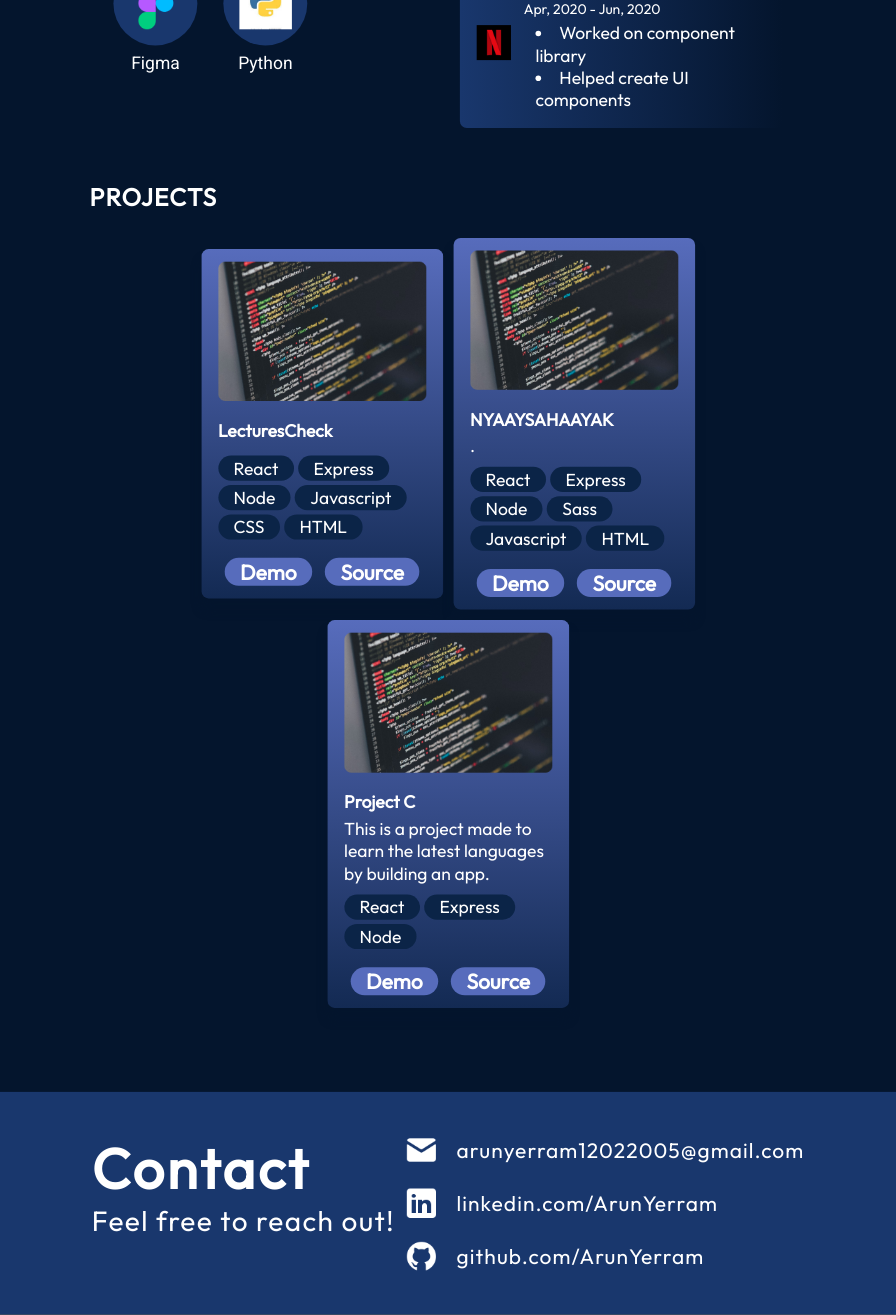
Repository: ARUN-YERRAM/Arun-Yerram-s-Portfolio-Website
Page: /
These files come from the project's save history. The page is drawn as it stood at one moment and after a run of saves; the edit follows.
The browser window is 1280 px wide. The pictures show the part of the page from y = 2337 to 4257 px (the page is 4215 px tall before and 4257 px after), at 70% of full size.
The project was rebuilt for these pictures with package versions that can differ from the ones it lists, and the page was loaded fresh each time. Also part of the build but not shown: vite.config.js.

Above is the page before, as saved 2024-06-25 15:23:55.

### src/components/About/About.jsx
import React from "react";

import styles from "./About.module.css";
import { getImageUrl } from "../../utils";

export const About = () => {
  return (
    <section className={styles.container} id="about">
      <h2 className={styles.title}>About</h2>
      <div className={styles.content}>
        <img
          src={getImageUrl("about/aboutImage.png")}
          alt="Me sitting with a laptop"
          className={styles.aboutImage}
        />
        <ul className={styles.aboutItems}>
          <li className={styles.aboutItem}>
            <img src={getImageUrl("about/cursorIcon.png")} alt="Cursor icon" />
            <div className={styles.aboutItemText}>
              <h3>Frontend Developer</h3>
              <p>
                I'm a frontend developer with experience in building responsive
                and optimized sites
              </p>
            </div>
          </li>
          <li className={styles.aboutItem}>
            <img src={getImageUrl("about/serverIcon.png")} alt="Server icon" />
            <div className={styles.aboutItemText}>
              <h3>Backend Developer</h3>
              <p>
                I have experience developing fast and optimised back-end systems
                and APIs
              </p>
            </div>
          </li>
          <li className={styles.aboutItem}>
            <img src={getImageUrl("about/cursorIcon.png")} alt="UI icon" />
            <div className={styles.aboutItemText}>
              {/* <h3>UI Designer</h3> */}
              <h3>Proble Solver</h3>
              <p>
                {/* I have designed multiple landing pages and have created design */}
                {/* systems as well */}
                I am a Problem Solver and having a keen interest in Data Structures and Algorithms.
              </p>
            </div>
          </li>
        </ul>
      </div>
    </section>
  );
};

### src/components/Contact/Contact.jsx
import React from "react";

import styles from "./Contact.module.css";
import { getImageUrl } from "../../utils";

export const Contact = () => {
  return (
    <footer id="contact" className={styles.container}>
      <div className={styles.text}>
        <h2>Contact</h2>
        <p>Feel free to reach out!</p>
      </div>
      <ul className={styles.links}>
        <li className={styles.link}>
          <img src={getImageUrl("contact/emailIcon.png")} alt="Email icon" />
          <a href="mailto:myemail@email.com">arunyerram12022005@gmail.com</a>
        </li>
        <li className={styles.link}>
          <img
            src={getImageUrl("contact/linkedinIcon.png")}
            alt="LinkedIn icon"
          />
          <a href="https://www.linkedin.com/in/arun-yerram-906b1524a/">linkedin.com/ArunYerram</a>
        </li>
        <li className={styles.link}>
          <img src={getImageUrl("contact/githubIcon.png")} alt="Github icon" />
          <a href="https://github.com/ARUN-YERRAM">github.com/ArunYerram</a>
        </li>
      </ul>
    </footer>
  );
};

### src/components/Experience/Experience.jsx
import React from "react";

import styles from "./Experience.module.css";
import skills from "../../data/skills.json";
import history from "../../data/history.json";
import { getImageUrl } from "../../utils";

export const Experience = () => {
  return (
    <section className={styles.container} id="experience">
      <h2 className={styles.title}>Skills</h2>
      <div className={styles.content}>
        <div className={styles.skills}>
          {skills.map((skill, id) => {
            return (
              <div key={id} className={styles.skill}>
                <div className={styles.skillImageContainer}>
                  <img src={getImageUrl(skill.imageSrc)} alt={skill.title} />
                </div>
                <p>{skill.title}</p>
              </div>
            );
          })}
        </div>
        <ul className={styles.history}>
          {history.map((historyItem, id) => {
            return (
              <li key={id} className={styles.historyItem}>
                <img
                  src={getImageUrl(historyItem.imageSrc)}
                  alt={`${historyItem.organisation} Logo`}
                />
                <div className={styles.historyItemDetails}>
                  <h3>{`${historyItem.role}, ${historyItem.organisation}`}</h3>
                  <p>{`${historyItem.startDate} - ${historyItem.endDate}`}</p>
                  <ul>
                    {historyItem.experiences.map((experience, id) => {
                      return <li key={id}>{experience}</li>;
                    })}
                  </ul>
                </div>
              </li>
            );
          })}
        </ul>
      </div>
    </section>
  );
};

### src/components/Hero/Hero.jsx
import React from "react";

import styles from "./Hero.module.css";
import { getImageUrl } from "../../utils";

export const Hero = () => {
  return (
    <section className={styles.container}>
      <div className={styles.content}>
        <h1 className={styles.title}>Hi, I'm Arun Yerram</h1>
        <p className={styles.description}>
          {/* I'm a full-stack developer with 5 years of experience using React and */}
          {/* NodeJS. Reach out if you'd like to learn more! */}
          I am Pursing my Bachelor's 2nd year and having keen interest in Problem Solving ,Web Development, and Data Science.

        </p>
        <a href="mailto:arunyerram12022005@email.com" className={styles.contactBtn}>
          Contact Me
        </a>
      </div>
      <img
        src={getImageUrl("hero/heroImage.png")}
        alt="Hero image of me"
        className={styles.heroImg}
      />
      <div className={styles.topBlur} />
      <div className={styles.bottomBlur} />
    </section>
  );
};

### src/components/Navbar/Navbar.jsx
import React, { useState } from "react";

import styles from "./Navbar.module.css";
import { getImageUrl } from "../../utils";

export const Navbar = () => {
  const [menuOpen, setMenuOpen] = useState(false);

  return (
    <nav className={styles.navbar}>
      <a className={styles.title} href="/">
        Portfolio
      </a>
      <div className={styles.menu}>
        <img
          className={styles.menuBtn}
          src={
            menuOpen
              ? getImageUrl("nav/closeIcon.png")
              : getImageUrl("nav/menuIcon.png")
          }
          alt="menu-button"
          onClick={() => setMenuOpen(!menuOpen)}
        />
        <ul
          className={`${styles.menuItems} ${menuOpen && styles.menuOpen}`}
          onClick={() => setMenuOpen(false)}
        >
          <li>
            <a href="#about">About</a>
          </li>
          <li>
            <a href="#experience">Experience</a>
          </li>
          <li>
            <a href="#projects">Projects</a>
          </li>
          <li>
            <a href="#about">Contact</a>
          </li>
        </ul>
      </div>
    </nav>
  );
};

### src/components/About/About.module.css
@import "../../vars.css";

.container {
  position: relative;
  background-color: rgba(12, 12, 12, 0.6);
  border-radius: 15px;
  padding: 73px;
  margin-top: 129px;
  z-index: 1;
  margin-left: 10%;
  margin-right: 10%;
}

.title {
  color: var(--color-text);
  font-size: 35px;
  font-weight: 700;
  letter-spacing: 1.75px;
  text-transform: uppercase;
}

.content {
  display: flex;
  flex-direction: row;
  align-items: center;
}

.aboutImage {
  width: 35%;
}

.aboutItems {
  color: var(--color-text);
  display: flex;
  flex-direction: column;
  gap: 50px;
}

.aboutItem {
  display: flex;
  flex-direction: row;
  align-items: center;
  border-radius: 20px;
  list-style: none;
  padding: 25px;
  background-image: linear-gradient(
    90deg,
    rgba(165, 215, 232, 0.42) 0%,
    rgba(255, 255, 255, 0) 100%
  );
  background-size: 0 100%;
  background-repeat: no-repeat;
  transition: 0.4s;
}

.aboutItem:hover {
  background-size: 100% 100%;
}

.aboutItem h3 {
  font-size: 25px;
  font-weight: 600;
}

.aboutItem p {
  font-size: 25px;
}

@media screen and (max-width: 830px) {
  .container {
    background-color: transparent;
    padding-left: 0;
    padding-right: 0;
  }

  .content {
    flex-direction: column;
  }

  .aboutImage {
    display: none;
  }

  .aboutItems {
    margin-top: 29px;
  }

  .aboutItem {
    padding-left: 0;
    padding-right: 0;
  }
}

### src/components/Contact/Contact.module.css
@import "../../vars.css";

.container {
  color: var(--color-text);
  margin-top: 120px;
  background-color: var(--color-secondary);
  display: flex;
  flex-direction: row;
  justify-content: space-evenly;
  width: 100vw;
  padding: 58px 10%;
  gap: 10px;
}

.text h2 {
  font-size: 80px;
  font-weight: 700;
  letter-spacing: 4px;
}

.text p {
  font-size: 40px;
  font-weight: 400;
  letter-spacing: 2px;
}

.links {
  display: flex;
  flex-direction: column;
  align-items: flex-start;
  list-style: none;
  gap: 26px;
}

.link {
  display: flex;
  align-items: center;
  gap: 25px;
}

.link a {
  color: var(--color-text);
  text-decoration: none;
  font-size: 30px;
  font-weight: 400;
  letter-spacing: 1.5px;
}

@media screen and (max-width: 830px) {
  .container {
    flex-direction: column;
    gap: 23px;
  }

  .text {
    display: flex;
    flex-direction: column;
    align-items: center;
  }

  .links {
    align-items: center;
  }
}

### src/components/Experience/Experience.module.css
@import "../../vars.css";

.container {
  color: var(--color-text);
  margin-top: 79px;
  margin-left: 10%;
  margin-right: 10%;
}

.title {
  color: var(--color-text);
  font-size: 35px;
  font-weight: 700;
  letter-spacing: 1.75px;
  text-transform: uppercase;
}

.content {
  display: flex;
  flex-direction: row;
  justify-content: space-evenly;
  margin-top: 14px;
}

.skills {
  width: 45%;
  display: flex;
  flex-wrap: wrap;
  gap: 37px;
}

.skill {
  display: flex;
  flex-direction: column;
  align-items: center;
  gap: 11px;
}

.skillImageContainer {
  background-color: var(--color-secondary);
  border-radius: 100%;
  display: flex;
  align-items: center;
  justify-content: center;
  width: 120px;
  height: 120px;
}

.skillImageContainer img {
  width: 75px;
}

.skill p {
  font-size: 25px;
  font-family: var(--font-roboto);
  font-weight: 500;
}

.history {
  width: 45%;
  display: flex;
  flex-direction: column;
  gap: 40px;
}

.historyItem {
  display: flex;
  flex-direction: row;
  align-items: center;
  gap: 17px;
  background: #19376d;
  background: linear-gradient(90deg, #19376d 0%, rgba(25, 55, 109, 0) 100%);
  border-radius: 10px;
  padding: 24px;
}

.historyItem img {
  width: 50px;
}

.historyItemDetails {
  font-family: var(--font-roboto);
}

.historyItemDetails h3 {
  font-size: 30px;
  font-weight: 500;
}

.historyItemDetails p {
  font-size: 20px;
  font-weight: 300;
}

.historyItemDetails ul {
  margin-top: 6px;
  list-style-position: inside;
  font-size: 25px;
  list-style-type: disc;
  margin-left: 17px;
}

@media screen and (max-width: 830px) {
  .content {
    flex-direction: column;
    align-items: center;
    gap: 34px;
  }

  .skills {
    width: 100%;
    flex-direction: row;
    justify-content: center;
  }

  .history {
    width: 100%;
    gap: 9px;
  }
}

### src/data/skills.json
[
  {
    "title": "HTML",
    "imageSrc": "skills/html.png"
  },
  {
    "title": "CSS",
    "imageSrc": "skills/css.png"
  },
  {
    "title": "React",
    "imageSrc": "skills/react.png"
  },
  {
    "title": "Node",
    "imageSrc": "skills/node.png"
  },
  {
    "title": "C++",
    "imageSrc": "skills/graphql.png"
  },
  {
    "title": "MongoDB",
    "imageSrc": "skills/mongodb.png"
  },
  {
    "title": "Figma",
    "imageSrc": "skills/figma.png"
  },
  {
    "title": "Python",
    "imageSrc": "skills/python.png"
  }
]

### src/components/Hero/Hero.module.css
@import "../../vars.css";

.container {
  position: relative;
  display: flex;
  align-items: center;
  justify-content: space-between;
  margin-top: 49px;
  z-index: 1;
  margin-left: 10%;
  margin-right: 10%;
}

.content {
  display: flex;
  flex-direction: column;
  align-items: flex-start;
  color: var(--color-text);
  z-index: 1;
}

.title {
  font-size: 72px;
  font-weight: 900;
  margin-bottom: 33px;
  font-family: var(--font-roboto);
  background: linear-gradient(
    90deg,
    rgba(255, 255, 255, 1) 70%,
    rgba(255, 255, 255, 0) 120%
  );
  -webkit-text-fill-color: transparent;
  -webkit-background-clip: text;
}

.description {
  font-size: 30px;
  font-family: var(--font-roboto);
  margin-bottom: 52px;
}

.contactBtn {
  text-decoration: none;
  background-color: var(--color-primary);
  color: var(--color-text);
  border-radius: 100px;
  font-size: 30px;
  font-weight: 600;
  padding: 17px 26px;
  box-shadow: 0 0 4px 0 rgba(0, 0, 0, 0.25);
}

.heroImg {
  width: 50%;
  z-index: 1;

  animation-name: floating;
  animation-duration: 3s;
  animation-iteration-count: infinite;
  animation-timing-function: ease-in-out;
}

@keyframes floating {
  0% {
    transform: translate(0, 0px);
  }
  50% {
    transform: translate(0, 10px);
  }
  100% {
    transform: translate(0, -0px);
  }
}

.topBlur {
  position: absolute;
  width: 50vw;
  height: 50vw;
  min-width: 350px;
  min-width: 350px;
  top: -128px;
  left: -10vw;
  border-radius: 764px;
  background: rgba(25, 55, 109, 0.7);
  filter: blur(100px);
  z-index: 0;
}

.bottomBlur {
  position: absolute;
  width: 70vw;
  height: 50vw;
  min-width: 350px;
  min-width: 250px;
  top: 246px;
  right: -25vw;
  border-radius: 764px;
  background: rgba(25, 55, 109, 0.7);
  filter: blur(100px);
  z-index: 0;
}

@media screen and (max-width: 830px) {
  .container {
    flex-direction: column-reverse;
  }

  .content {
    align-items: center;
  }
}

### src/components/Navbar/Navbar.module.css
@import "../../vars.css";

.navbar {
  position: relative;
  display: flex;
  align-items: center;
  justify-content: space-between;
  padding-top: 61px;
  z-index: 2;
  margin: 0 10%;
}

.title {
  font-size: 30px;
  font-weight: 600;
  text-decoration: none;
  color: var(--color-text);
}


.menuBtn {
  display: none;
}

.menu {
  display: flex;
}

.menuItems {
  display: flex;
  gap: 47px;
  list-style: none;
}

.menuItems a {
  font-size: 25px;
  color: var(--color-text);
  text-decoration: none;
}

@media screen and (max-width: 830px) {
  .navbar {
    flex-direction: column;
    align-items: flex-start;
  }

  .menu {
    position: absolute;
    right: 0;
    margin-right: 10%;
    flex-direction: column;
    align-items: flex-end;
    gap: 11px;
    z-index: 3;
  }

  .menuBtn {
    display: block;
    cursor: pointer;
  }

  .menuItems {
    display: none;
    flex-direction: column;
    align-items: center;
    gap: 13px;
    border-radius: 10px;
    background: rgb(25, 55, 109);
    background: linear-gradient(
      0deg,
      rgba(25, 55, 109, 0.2) 0%,
      rgba(25, 55, 109, 1) 100%
    );
    padding: 24px 33px;
    box-shadow: 0 0 4px 0 rgba(0, 0, 0, 0.25);
  }

  .menuOpen {
    display: flex;
    z-index: 1;
  }
}

### src/data/projects.json
[
  {
    "title": "LecturesCheck",
    "imageSrc": "projects/project.png",
    "description": "",
    "skills": ["React", "Express", "Node","Javascript","CSS","HTML"],
    "demo": "https://www.example.com",
    "source": "https://github.com/ARUN-YERRAM/LecturesCheck"
  },
  {
    "title": "NYAAYSAHAAYAK",
    "imageSrc": "projects/project.png",
    "description": ".",
    "skills": ["React", "Express", "Node", "Sass","Javascript","HTML"],
    "demo": "https://www.example.com",
    "source": "https://www.github.com"
  },
  {
    "title": "Project C",
    "imageSrc": "projects/project.png",
    "description": "This is a project made to learn the latest languages by building an app.",
    "skills": ["React", "Express", "Node"],
    "demo": "https://www.example.com",
    "source": "https://www.github.com"
  }
]

### src/components/Projects/ProjectCard.jsx
import React from "react";

import styles from "./ProjectCard.module.css";
import { getImageUrl } from "../../utils";

export const ProjectCard = ({
  project: { title, imageSrc, description, skills, demo, source },
}) => {
  return (
    <div className={styles.container}>
      <img
        src={getImageUrl(imageSrc)}
        alt={`Image of ${title}`}
        className={styles.image}
      />
      <h3 className={styles.title}>{title}</h3>
      <p className={styles.description}>{description}</p>
      <ul className={styles.skills}>
        {skills.map((skill, id) => {
          return (
            <li key={id} className={styles.skill}>
              {skill}
            </li>
          );
        })}
      </ul>
      <div className={styles.links}>
        <a href={demo} className={styles.link}>
          Demo
        </a>
        <a href={source} className={styles.link}>
          Source
        </a>
      </div>
    </div>
  );
};

### src/components/Projects/ProjectCard.module.css
@import "../../vars.css";

.container {
  display: flex;
  flex-direction: column;
  border-radius: 10px;
  background: linear-gradient(180deg, #576cbc 0%, #132a53 100%);
  box-shadow: 0 16px 14px 0 #04152d;
  padding: 18px 24px;
  max-width: 345px;
}

.image {
  margin-bottom: 26px;
}

.title {
  font-size: 25px;
  font-weight: 700;
}

.description {
  margin-top: 6px;
  font-size: 25px;
  font-weight: 400;
}

.skills {
  width: 100%;
  margin-top: 14px;
  display: flex;
  flex-direction: row;
  flex-wrap: wrap;
  gap: 6px;
  list-style: none;
}

.skill {
  font-size: 25px;
  font-weight: 400;
  border-radius: 100px;
  background: var(--color-dark);
  padding: 2px 22px;
}

.links {
  width: 100%;
  margin-top: 26px;
  display: flex;
  justify-content: space-around;
}

.link {
  text-decoration: none;
  color: var(--color-text);
  font-size: 30px;
  font-weight: 600;
  border-radius: 100px;
  background: var(--color-primary);
  padding: 1px 22px;
}

Loaded but not shown: index.html (common file); src/main.jsx (common file); src/App.jsx (common file); src/index.css (common file); src/App.module.css (common file); src/components/Projects/Projects.jsx (common file); src/vars.css (common file); src/utils.js (common file); src/data/history.json (common file); src/components/Projects/Projects.module.css (common file)

After the next 2 saves:
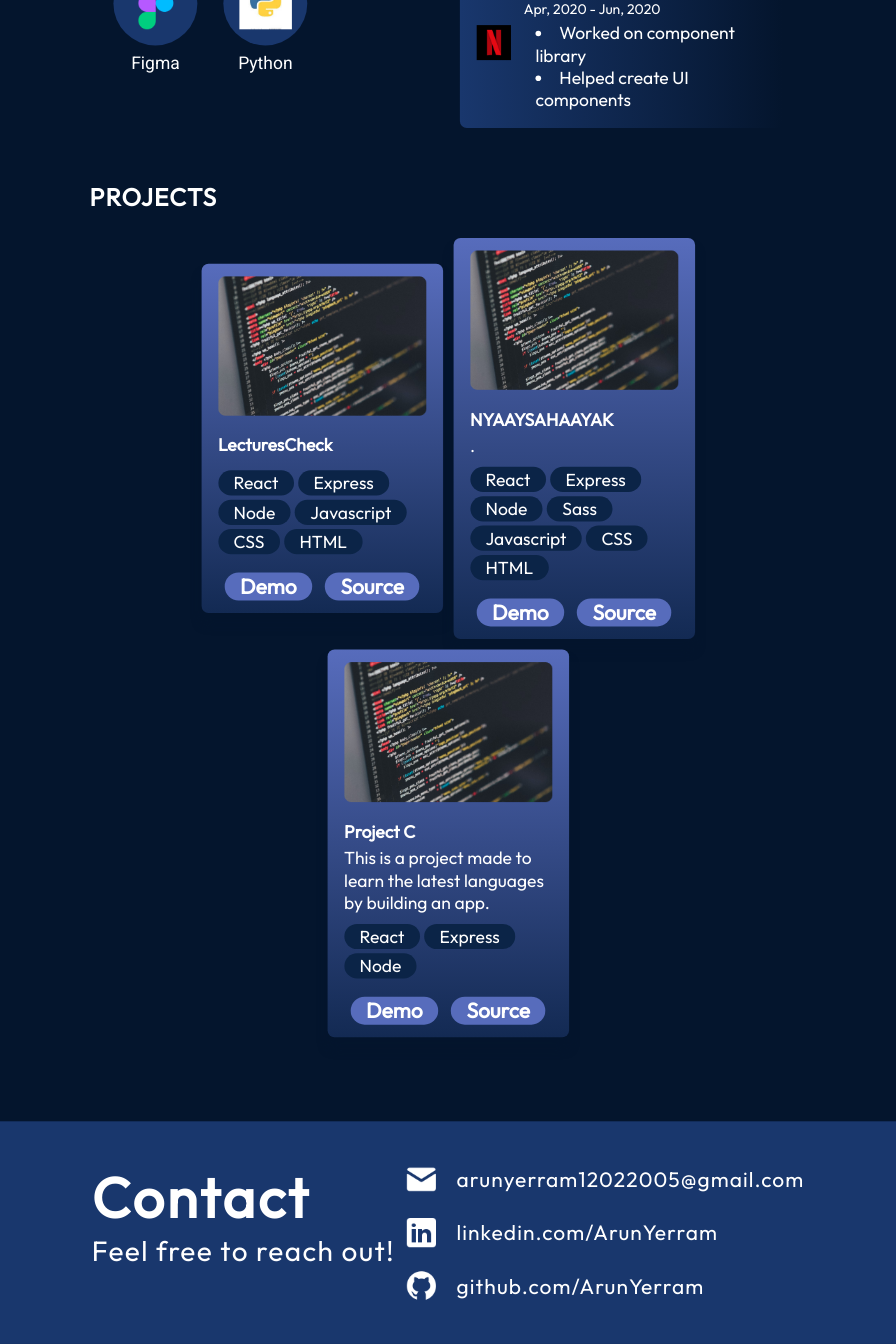
The 2 saves are shown as one change because they came seconds apart.
The last was saved 6 s later.
--- a/src/data/projects.json
+++ b/src/data/projects.json
@@ -11,7 +11,7 @@
     "title": "NYAAYSAHAAYAK",
     "imageSrc": "projects/project.png",
     "description": ".",
-    "skills": ["React", "Express", "Node", "Sass","Javascript","HTML"],
+    "skills": ["React", "Express", "Node", "Sass","Javascript","CSS","HTML"],
     "demo": "https://www.example.com",
     "source": "https://www.github.com"
   },
